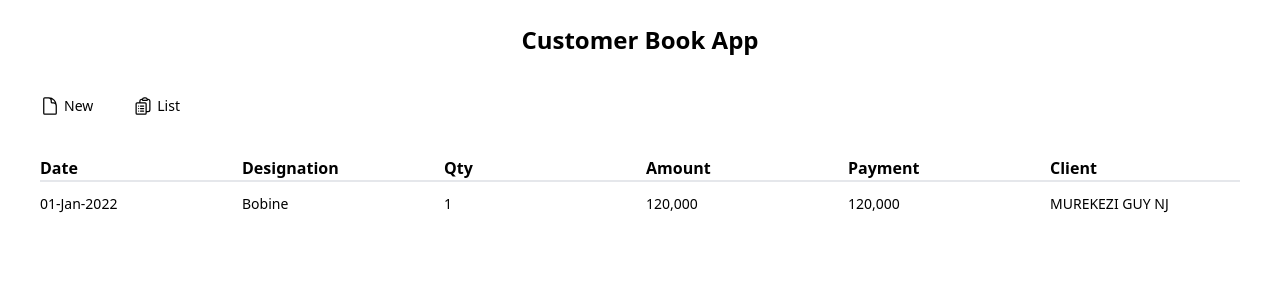
Repository: higirobruce/customerbookapp
Page: /
These files come from the project's save history. The page is drawn as it stood at one moment and after the next save; the edit follows.
The browser window is 1280 px wide. The pictures show the whole page.
The project was rebuilt for these pictures with package versions that can differ from the ones it lists, and the page was loaded fresh each time. The framework's server and built-in components were replaced by stand-ins that run in the browser. Also part of the build but not shown: next.config.js, components/layout/sidebar.js.

Above is the page before, as saved 2022-11-24 17:07:15.

After the next save:
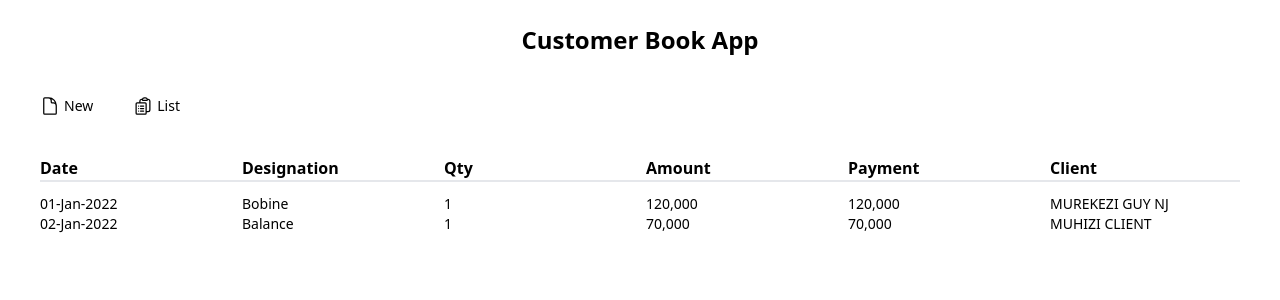
Saved 51 s later.
--- a/components/layout/mainScreen.js
+++ b/components/layout/mainScreen.js
@@ -13,6 +13,13 @@ const records = [
     amount: "120,000",
     payment: "120,000",
     client: "MUREKEZI GUY NJ",
+  },{
+    date: "02-Jan-2022",
+    designation: "Balance",
+    qty: "1",
+    amount: "70,000",
+    payment: "70,000",
+    client: "MUHIZI CLIENT",
   },
 ];
 
